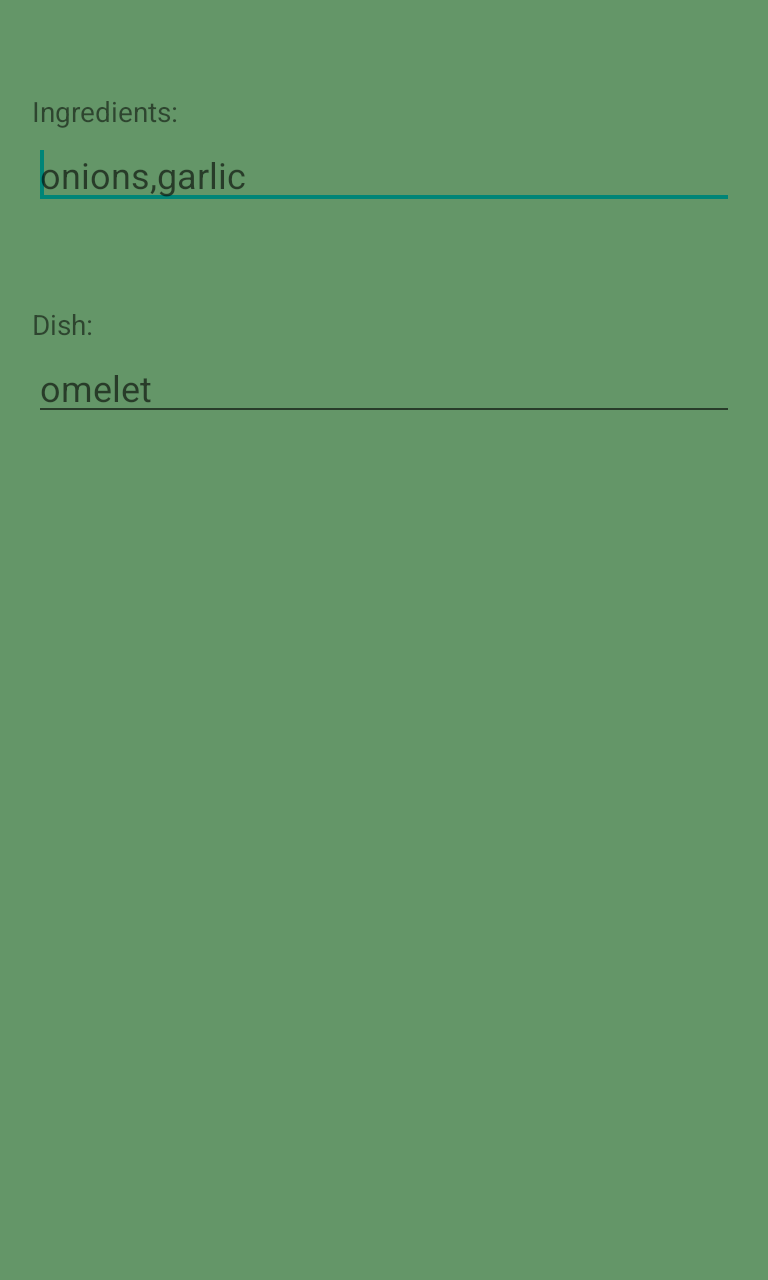
Repository: jerin-m-jose/Recipe-Puppy-Android
Layout: RecipePuppy/MagicRecipe/res/layout/fragment_search.xml
An editor plug-in stored every save of this project. The layout is shown before and after a run of saves, followed by the edit.
It is drawn on a 768 x 1280 px phone screen (xhdpi) without system bars, with theme AppTheme; the app's code is not run.

Above is the layout before, as saved 2014-10-03 14:26:43.

After the next 3 saves:
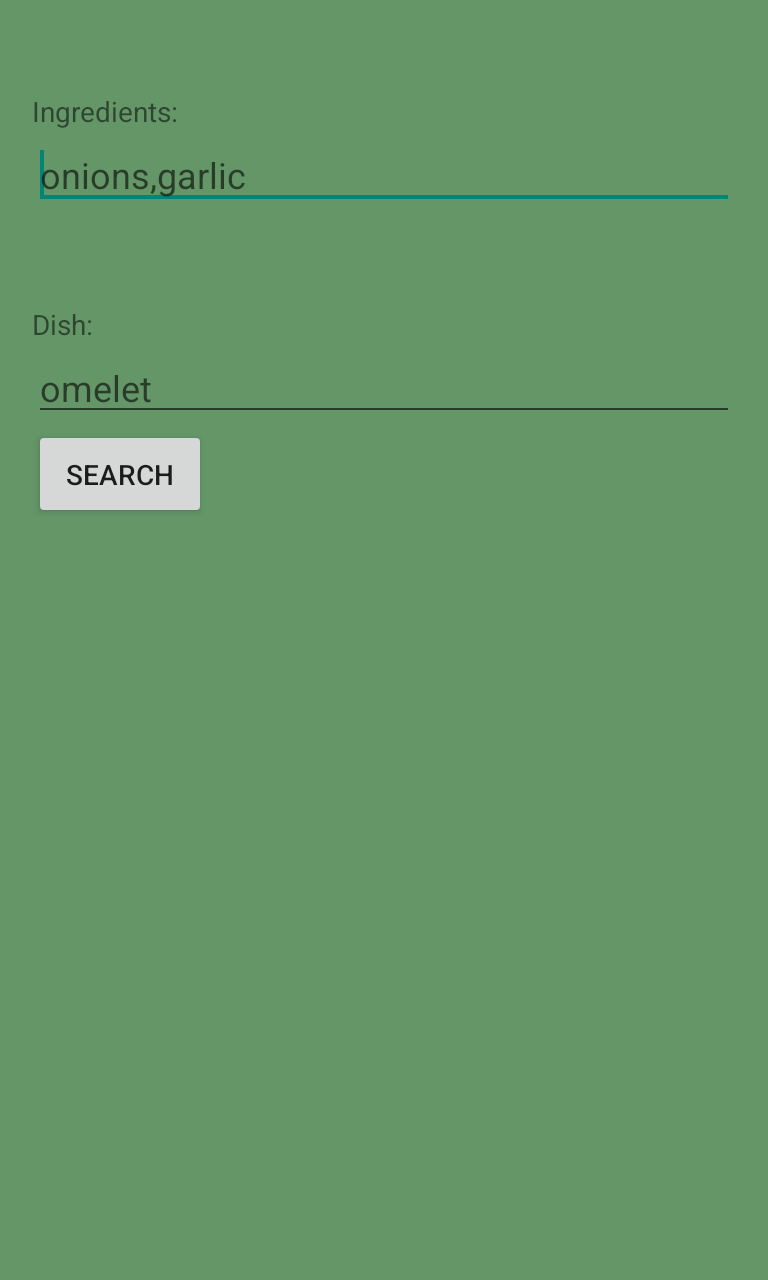
The 3 saves are shown as one change because 2 did not build or start.
The last was saved 91 s later.
--- a/RecipePuppy/MagicRecipe/res/layout/fragment_search.xml
+++ b/RecipePuppy/MagicRecipe/res/layout/fragment_search.xml
@@ -42,4 +42,11 @@
         android:hint="@string/dish_search_hint" >
     </EditText>
 
+    <Button
+        android:id="@+id/searchButton"
+        android:layout_width="wrap_content"
+        android:layout_height="wrap_content"
+        android:text="@string/search">
+    </Button>
+
 </LinearLayout>
--- a/RecipePuppy/MagicRecipe/res/values/strings.xml
+++ b/RecipePuppy/MagicRecipe/res/values/strings.xml
@@ -16,5 +16,6 @@
     <string name="dish_search_hint">omelet</string>
     <string name="search_ingredients">Ingredients:</string>
     <string name="search_dish">Dish:</string>
+    <string name="search">Search</string>
 
 </resources>
